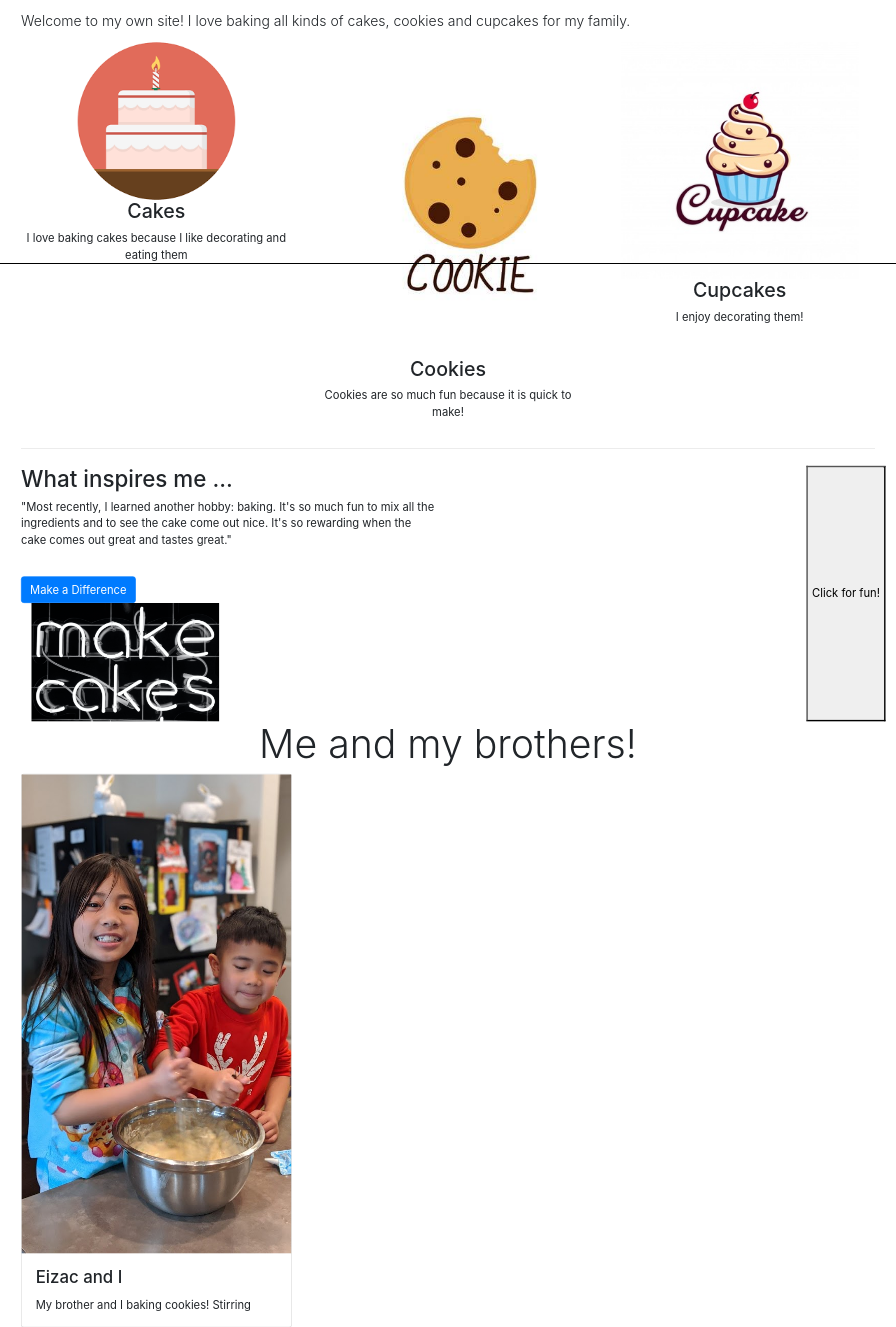
Repository: djzaragoza/Bea-Creation
Page: index.html
An editor plug-in stored every save of this project. The page is shown before and after a run of saves, followed by the edit.
The browser window is 1280 px wide. The pictures show the part of the page from y = 2529 to 4449 px (the page is 4425 px tall before and 4449 px after), at 70% of full size.
Some web libraries are served in a nearby version.

Above is the page before, as saved 2020-04-07 21:52:23.

After the next 3 saves:
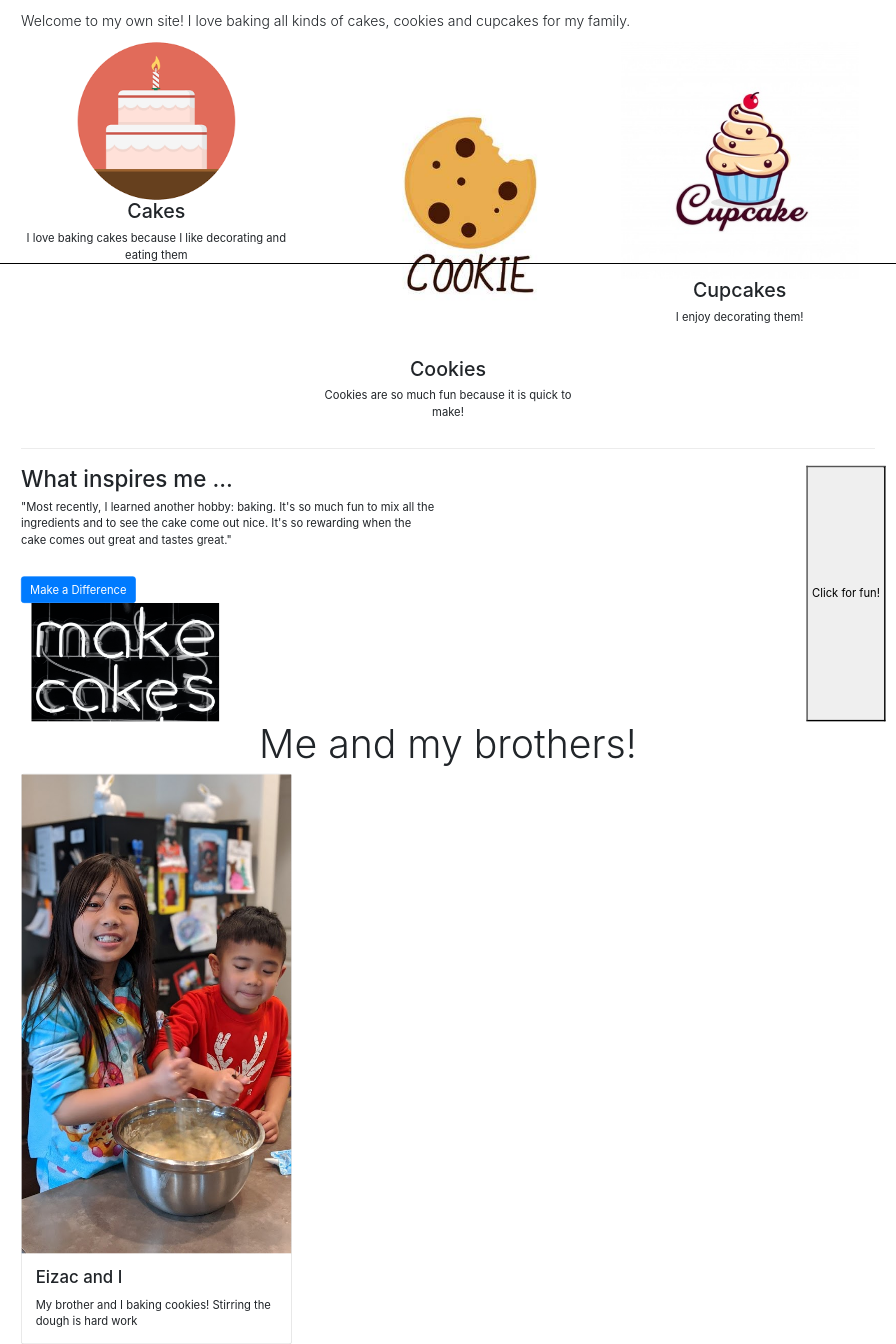
The 3 saves are shown as one change because they came seconds apart.
The last was saved 14 s later.
--- a/index.html
+++ b/index.html
@@ -186,7 +186,7 @@
             <img class="card-imd-top" src="img/brothers_1.jpg">
             <div class="card-body">
                 <h4 class="card-title">Eizac and I</h4>
-                <p class="card-text">My brother and I baking cookies!  Stirring
+                <p class="card-text">My brother and I baking cookies!  Stirring the dough is hard work</p>
             </div>
         </div>
     </div>
